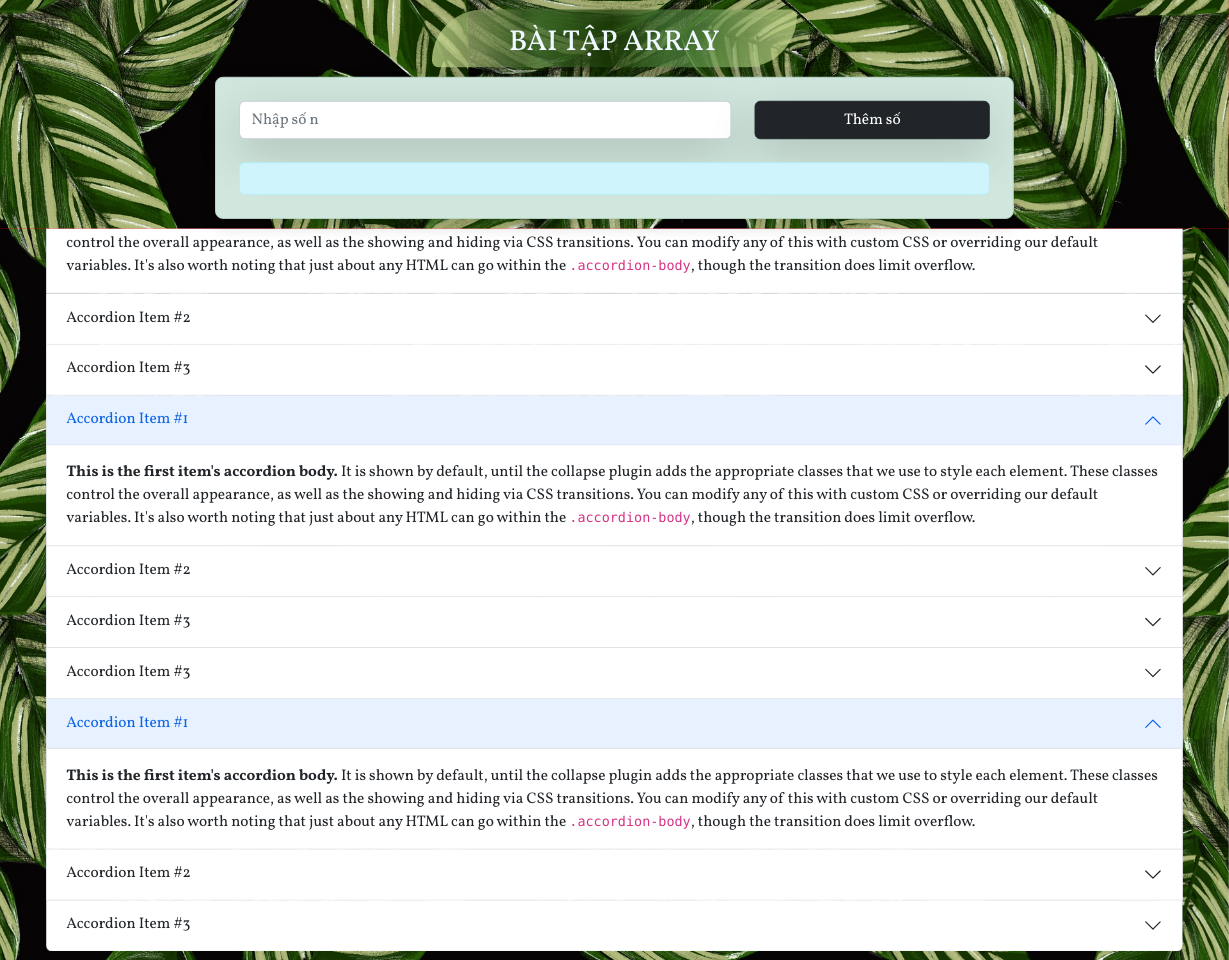
Repository: hcozyph/TranHuuPhuoc_BC43_BT_JS_Buoi7_8_ARRAY
Page: index.html
These files come from the project's save history. The page is drawn as it stood at one moment and after the next save; the edit follows.
The browser window is 1280 px wide. The pictures show the whole page, at 96% of full size.
Backgrounds fixed to the window are drawn as part of the page.

Above is the page before, as saved 2023-02-22 16:38:21.

After the next save:
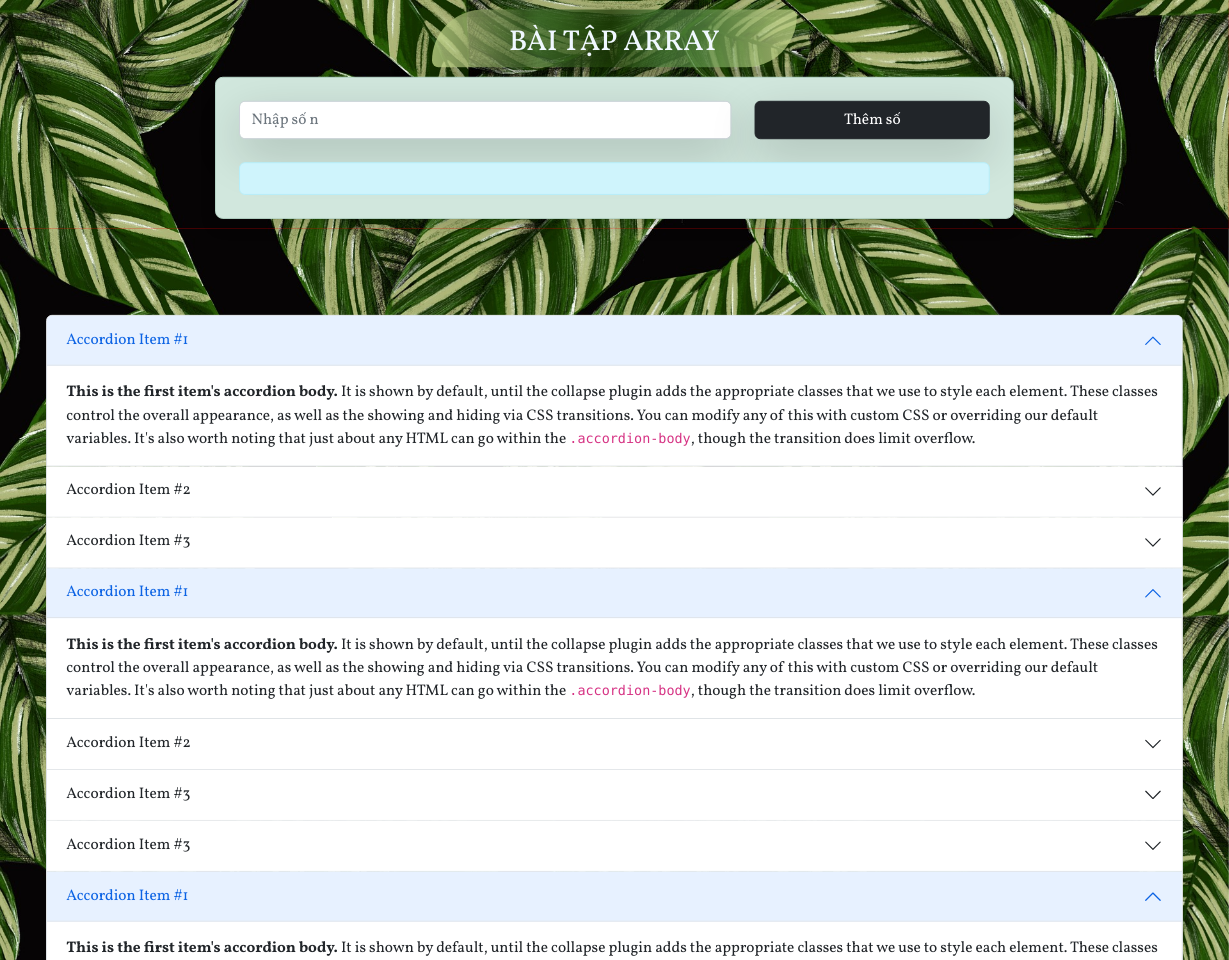
Saved 10 s later.
--- a/css/index.css
+++ b/css/index.css
@@ -64,5 +64,5 @@
     padding-top: 280px;
 }
 .accordion {
-    padding-top: 100px;
+    padding-top: 280px;
 }
